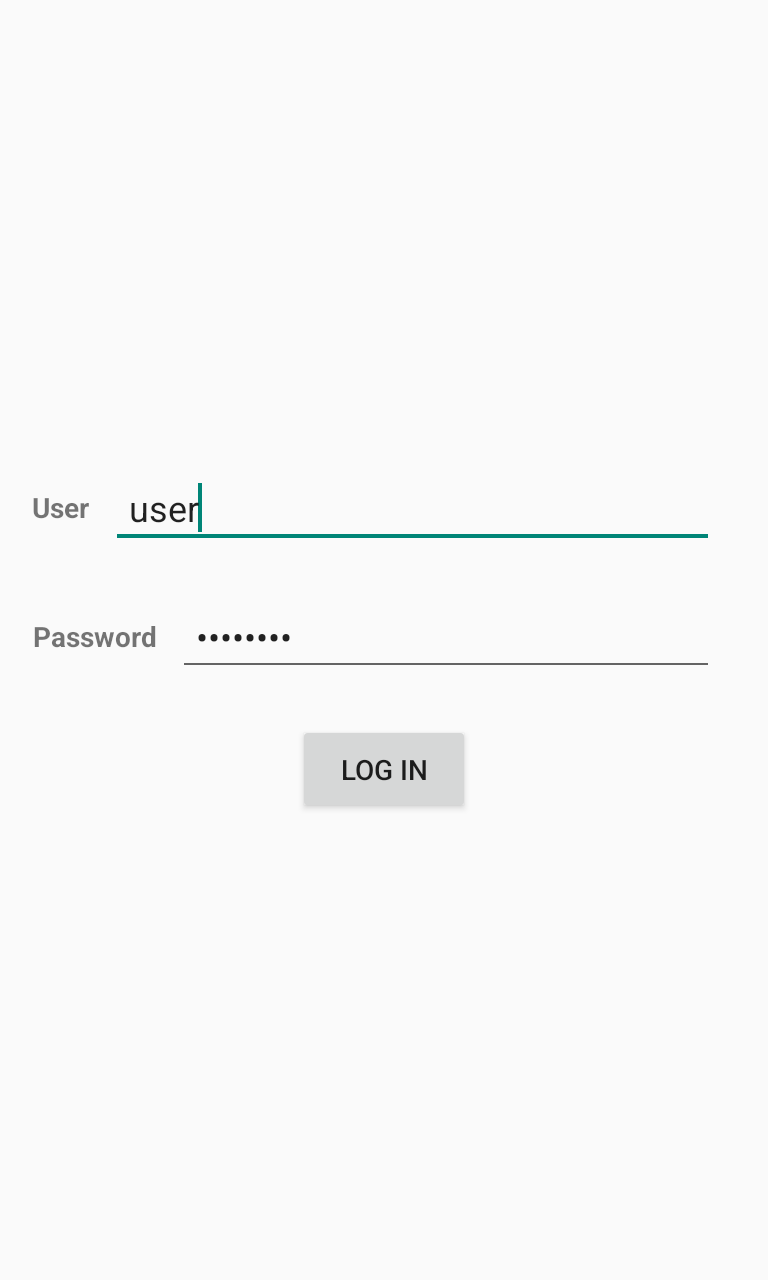
Repository: mgorski-mg/FunsCounter
Layout: FunsCounter/res/layout/login_fragment.xml
These files come from the project's save history. The layout is drawn as it stood at one moment and after the next save; the edit follows.
It is drawn on a 768 x 1280 px phone screen (xhdpi) without system bars, with theme AppTheme; the app's code is not run.

Above is the layout before, as saved 2014-02-10 18:55:35.

### FunsCounter/res/layout/login_fragment.xml
<LinearLayout xmlns:android="http://schemas.android.com/apk/res/android"
    android:layout_width="fill_parent"
    android:layout_height="fill_parent"
    android:gravity="center"
    android:orientation="vertical"
    android:padding="@dimen/activity_padding" >

    <LinearLayout
        android:layout_width="fill_parent"
        android:layout_height="wrap_content" >

        <TextView
            android:layout_width="wrap_content"
            android:layout_height="fill_parent"
            android:gravity="center"
            android:text="@string/user"
            android:textStyle="bold" />

        <EditText
            android:id="@+id/user"
            android:layout_width="fill_parent"
            android:layout_height="wrap_content"
            android:layout_margin="10dp"
            android:ems="10"
            android:inputType="text"
            android:padding="10dp"
            android:text="user" >

            <requestFocus />
        </EditText>
    </LinearLayout>

    <LinearLayout
        android:layout_width="fill_parent"
        android:layout_height="wrap_content" >

        <TextView
            android:layout_width="wrap_content"
            android:layout_height="fill_parent"
            android:gravity="center"
            android:text="@string/password"
            android:textStyle="bold" />

        <EditText
            android:id="@+id/password"
            android:layout_width="fill_parent"
            android:layout_height="wrap_content"
            android:layout_margin="10dp"
            android:ems="10"
            android:inputType="textPassword"
            android:padding="10dp"
            android:text="password" />
    </LinearLayout>

    <Button
        android:id="@+id/loginButton"
        android:layout_width="wrap_content"
        android:layout_height="wrap_content"
        android:layout_margin="10dp"
        android:padding="10dp"
        android:text="@string/login" />

</LinearLayout>

### FunsCounter/res/values/styles.xml
<resources>

    <style name="AppBaseTheme" parent="Theme.AppCompat.Light"></style>

    <!-- Application theme. -->
    <style name="AppTheme" parent="AppBaseTheme"></style>

    <style name="AppTheme.NoTitleBar" parent="AppBaseTheme">
        <item name="windowActionBar">false</item>
    </style>

</resources>

### FunsCounter/res/values/dimens.xml
<resources>

    <!-- Default screen margins, per the Android Design guidelines. -->
    <dimen name="activity_padding">16dp</dimen>

</resources>

### FunsCounter/res/values/strings.xml
<?xml version="1.0" encoding="utf-8"?>
<resources>

    <string name="app_name">Funs Counter</string>
    <string name="refresh_event_list">Refresh Event List</string>
    <string name="refresh_content">Refresh Content</string>
    <string name="connection_problem">Can\'t download data! Please check your internet connection.</string>
    <string name="login">Log In</string>
    <string name="cant_login">Wrong username or password!</string>
    <string name="wait">Please wait!</string>
    <string name="user">User</string>
    <string name="password">Password</string>


</resources>

After the next save:
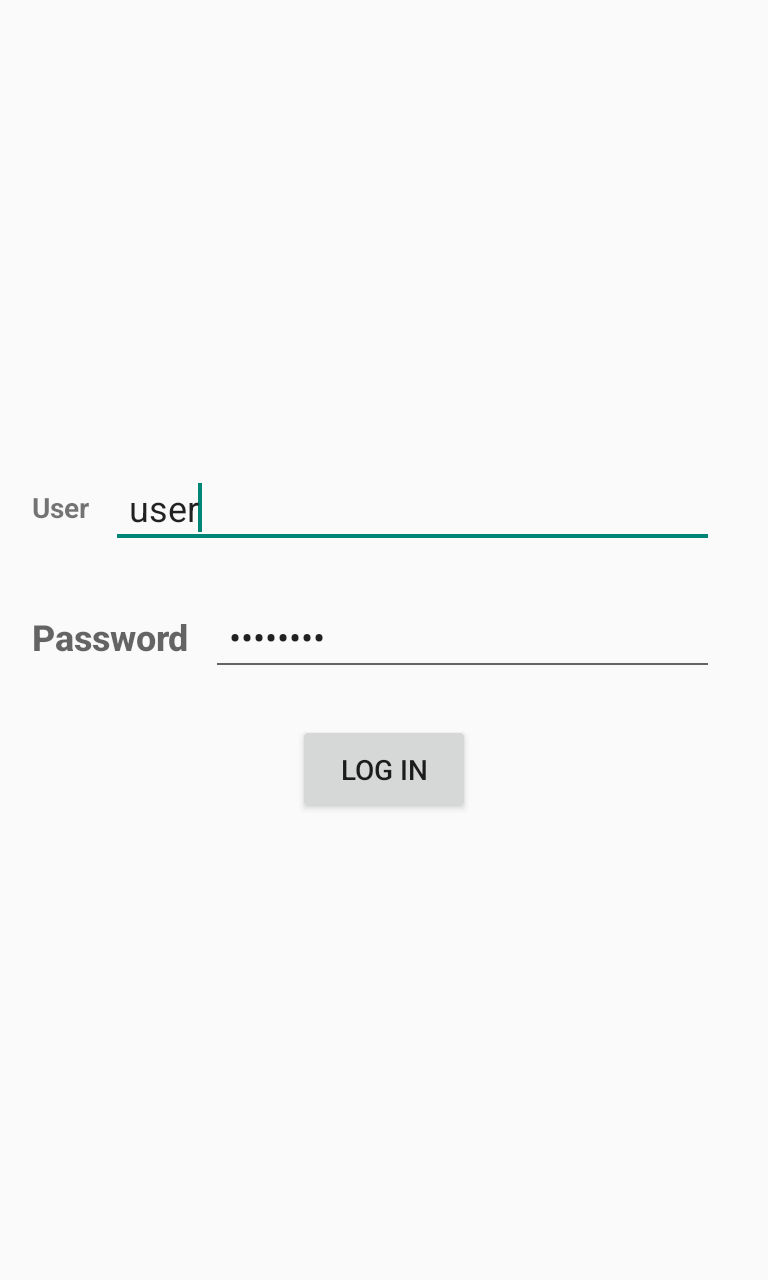
Saved 76 s later.
--- a/FunsCounter/res/layout/login_fragment.xml
+++ b/FunsCounter/res/layout/login_fragment.xml
@@ -38,6 +38,7 @@
             android:layout_width="wrap_content"
             android:layout_height="fill_parent"
             android:gravity="center"
+            android:textAppearance="@android:style/TextAppearance.DeviceDefault.Medium"
             android:text="@string/password"
             android:textStyle="bold" />
 
